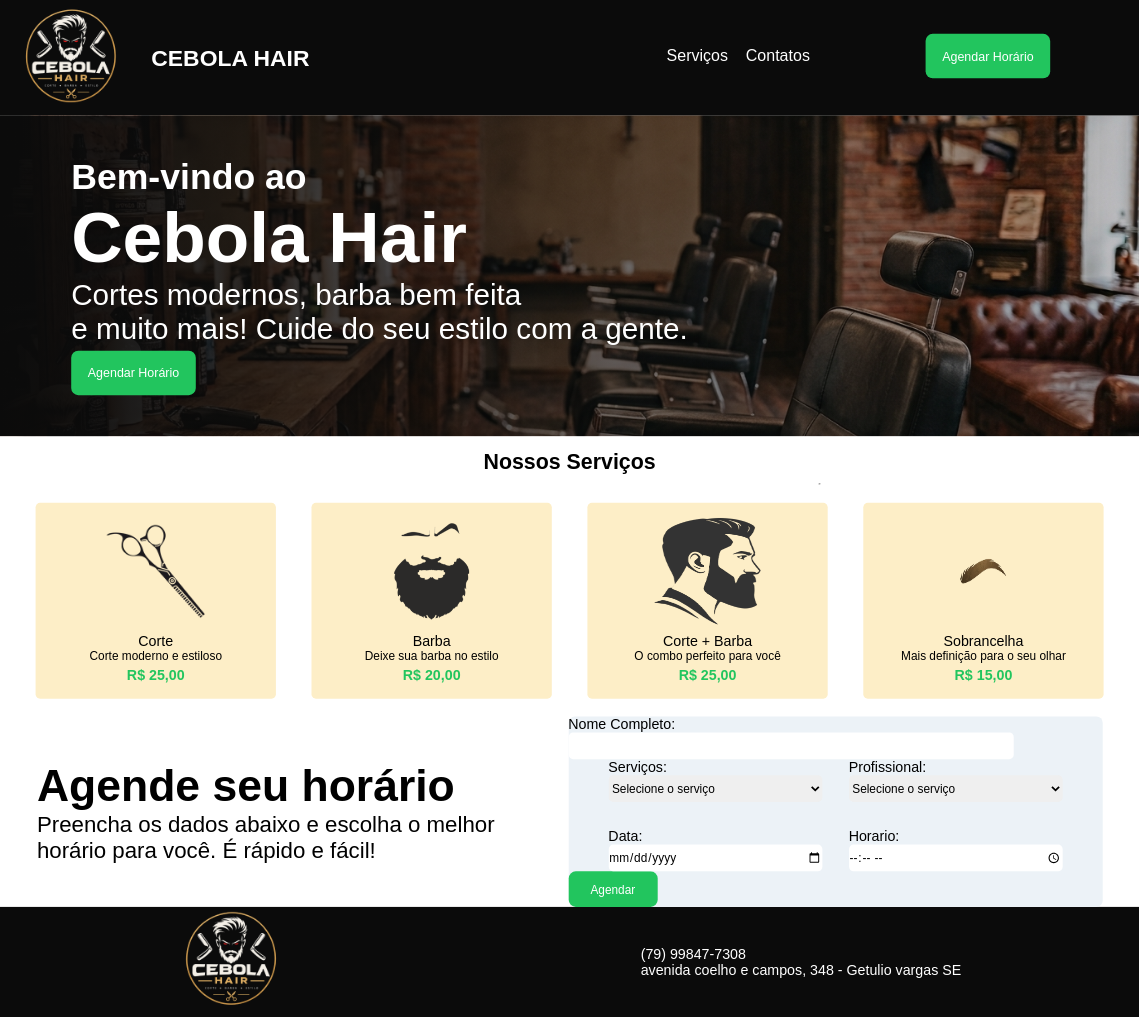
Repository: antonymsantana-design/final.activitie1
Page: index.html
An editor plug-in stored every save of this project. The page is shown before and after the next save, followed by the edit.
The browser window is 1280 px wide. The pictures show the whole page, at 89% of full size.

Above is the page before, as saved 2026-09-15 20:03:19.

### index.html
<!doctype html>
<html lang="pt-br">
  <head>
    <meta charset="UTF-8" />
    <meta name="viewport" content="width=device-width, initial-scale=1.0" />
    <title>Cebola Hair</title>
    <link rel="stylesheet" href="style.css" />
    <script src="../final.activitie1/script.js" defer></script>
  </head>
  <header>
    <div class="conteudoH" id="conteudoH">
      <div class="imagem" id="imagem">
        <img
          src="image/logoC.png"
          alt="logo"
          class="logoIMG"
          id="logoIMG"
        />
        <h3 class="logoH">CEBOLA HAIR</h3>
      </div>
      <div class="direitaH">
        <div class="links" id="links">
          <a href="#" class="aLinks">Serviços</a>
          <a href="#" class="aLinks">Contatos</a>
        </div>
        <div class="btnDiv" id="btnDiv">
          <button class="btn" id="btn">
            <div class="btnTxt" id="btnTxt">
              <p>Agendar Horário</p>
            </div>
          </button>
        </div>
      </div>
    </div>
  </header>

  <body>
    <div class="conteudo">
      <div class="texto">
        <h4>Bem-vindo ao</h4>
        <h1>Cebola Hair</h1>
        <small
          >Cortes modernos, barba bem feita <br />
          e muito mais! Cuide do seu estilo com a gente.</small
        >
        <button class="btn" id="btn">
          <div class="btnTxt" id="btnTxt">
            <p>Agendar Horário</p>
          </div>
        </button>
      </div>
    </div>

    <h2 class="Our">Nossos Serviços</h2>
    <hr />

    <div class="cards">
      <div class="card">
        <img src="image/corte.webp" alt="tisora" class="icone" />
        <p>Corte</p>
        <small>Corte moderno e estiloso</small>
        <h4>R$ 25,00</h4>
      </div>
      <div class="card">
        <img src="image/barba(png).png" alt="tisora" class="icone" />
        <p>Barba</p>
        <small>Deixe sua barba no estilo</small>
        <h4>R$ 20,00</h4>
      </div>
      <div class="card">
        <img src="image/barba+corte(png).png" alt="tisora" class="icone" />
        <p>Corte + Barba</p>
        <small>O combo perfeito para você</small>
        <h4>R$ 25,00</h4>
      </div>
      <div class="card">
        <img
          src="image/Design sem nome.png"
          alt="tisora"
          class="icone"
        />
        <p>Sobrancelha</p>
        <small>Mais definição para o seu olhar</small>
        <h4>R$ 15,00</h4>
      </div>
    </div>

    <div class="agendar" id="agendar">
      <div class="esq">
        <h1>Agende seu horário</h1>
        <p>
          Preencha os dados abaixo e escolha o melhor <br />
          horário para você. É rápido e fácil!
        </p>
      </div>

      <div class="form">
        <div class="formCima">
        <label for="nome">Nome Completo:</label><br/>
        <input type="text" name="nome" id="nome" class="forms"/><br/>

         <div class="quadrado">
        <div class="1">
          <label for="serv">Serviços:</label>
          <select name="serv" id="serv" class="formu">
            <option value="">Selecione o serviço</option>
            <option value="corte">Corte</option>
            <option value="barba">Barba</option>
            <option value="cort+barba">Corte + Barba</option>
            <option value="sobrancelha">Sobrancelha</option>
          </select>
          </div>

          <div class="2">
            <label for="prof">Profissional:</label>
            <select name="prof" id="prof" class="formu">
              <option value="">Selecione o serviço</option>
              <option value="cebola">Cebola</option>
            </select>
            </div>
            <div class="3">
              <label for="data">Data:</label> <br>
              <input type="date" name="data" id="data" class="formu"/>
            </div>
            <div class="4">
              <label for="hora">Horario:</label> <br>
              <input type="time" name="hora" id="hora" class="formu"/>
            </div>
          </div>
           <button type="button" class="agendarbtn">Agendar</button>
          </div>
      </div>
    </div>
  </body>
  <footer>
    <div class="direita">
      <img
        src="image/logoC.png"
        alt="logo"
        class="logoIMG"
        id="logoIMG"
      />
    </div>

    <div class="esquerda">
      <p>(79) 99847-7308</p>
      <p>avenida coelho e campos, 348 - Getulio vargas SE</p>
    </div>
  </footer>
</html>

### style.css
* {
    padding: 0px;
    margin: 0px;
    font-family: Arial, Helvetica, sans-serif;
}

header {
    background-color: #0B0B0B;
    height: 130px;
}

small {
    padding-bottom: 5px;
}

.conteudoH {
    display: flex;
    justify-content: space-between;
    padding-right: 100px;
    align-items: center;
}

.imagem {
    margin-left: 20px;
    margin-top: 5px;
    display: flex;
    justify-content: center;
    align-items: center;
    gap: 30px;
    font-weight: 600;
    font-size: 22px;
}

.logoIMG {
    width: 120px;
    height: 120px;
    cursor: pointer;
}

.logoH {
    color: white;

}

.links {
    display: flex;
    gap: 20px;
    justify-content: center;
    padding-right: 130px;
    font-size: 18px;
}

.links a {
    text-decoration: none;
    color: white;
    transition: 0.5s ease;
}

.aLinks:hover {
    transform: translateY(-5px);
    box-shadow: 0 4px 10px rgba(0, 0, 0, 0.15);
    background-color: #F0C56A;
    color: #F5F5F5;
    border-radius: 5px;
    width: 120px;
    height: 30px;
    display: flex;
    justify-content: center;
    align-items: center;
}

.btnDiv {
    display: flex;
}

.btn {
    display: flex;
    justify-content: center;
    width: 140px;
    height: 50px;
    background-color: #22C55E;
    border: none;
    color: white;
    align-items: center;
    border-radius: 8px;
    transition: 0.3s ease;
    cursor: pointer;
    font-size: 14px;
}

.btn:hover {
    transform: translateY(-5px);
    box-shadow: 0 8px 15px rgba(0, 0, 0, 0.4);
}

.direitaH {
    display: flex;
    justify-content: center;
    align-items: center;
}

.conteudo {
    background-image: url(image/Gemini_Generated_Image_hbetqjhbetqjhbet.jpg);
    background-repeat: no-repeat;
    background-size: cover;
    background-position: center;
    height: 50vh;
    color: white;
}

.texto {
    padding-left: 80px;
    font-size: 40px;
    display: flex;
    flex-direction: column;
    justify-content: center;
    height: 50vh;
    background: linear-gradient(to right, #0B0B0B, #15151531);

}

.card {
    background-color: #FDEEC7;
    width: 270px;
    height: 220px;
    display: flex;
    flex-direction: column;
    justify-content: center;
    align-items: center;
    border-radius: 5px;
}

.cards {
    display: flex;
    justify-content: center;
    gap: 40px;
    padding-top: 20px;
    padding-bottom: 20px;
}

.card h4 {
    color: #22C55E;
}

.icone {
    width: 120px;
    height: 120px;
    padding-bottom: 10px;
}

.Our {
    padding-top: 15px;
    text-align: center;
    padding-bottom: 10px;
}

hr {
    color: #22C55E;
    text-align: center;
    margin-left: 920px;
    margin-right: 920px;
}

.agendar{
    display: flex;
    justify-content: space-around;
    align-items: center;
}

.form{
    background-color: #ECF2F7;
    width: 600px;
    border-radius: 7px;
    display: flex;
    justify-content: center;
    flex-direction: column;
}
.quadrado{
    display: grid;
    justify-content: center;
    grid-template-columns: repeat(2, 200px);
    gap: 30px;
    column-gap: 70px;
    margin-right: 40px;
}

.esq {
    font-size: 25px;
}

footer{
    display: flex;
    justify-content: space-around;
    align-items: center;
    background-color: #0B0B0B;
    color: white;
}

.formu{
    width: 240px;
    height: 30px;
    border-radius: 5px;
    border: none;
}

.forms{
    width: 500px;
    height: 30px;
    border-radius: 5px;
    border: none;
}

.agendarbtn{
    display: flex;
    justify-content: center;
    align-items: center;
    width: 100px;
    height: 40px;
    background-color: #22C55E;
    border: none;
    color: white;
    border-radius: 8px;
    transition: 0.3s ease;
    cursor: pointer;
}

.agendarbtn:hover {
    transform: translateY(-5px);
}

Loaded but not shown: script.js (no copy from this time; the picture is the same without it)

After the next save:
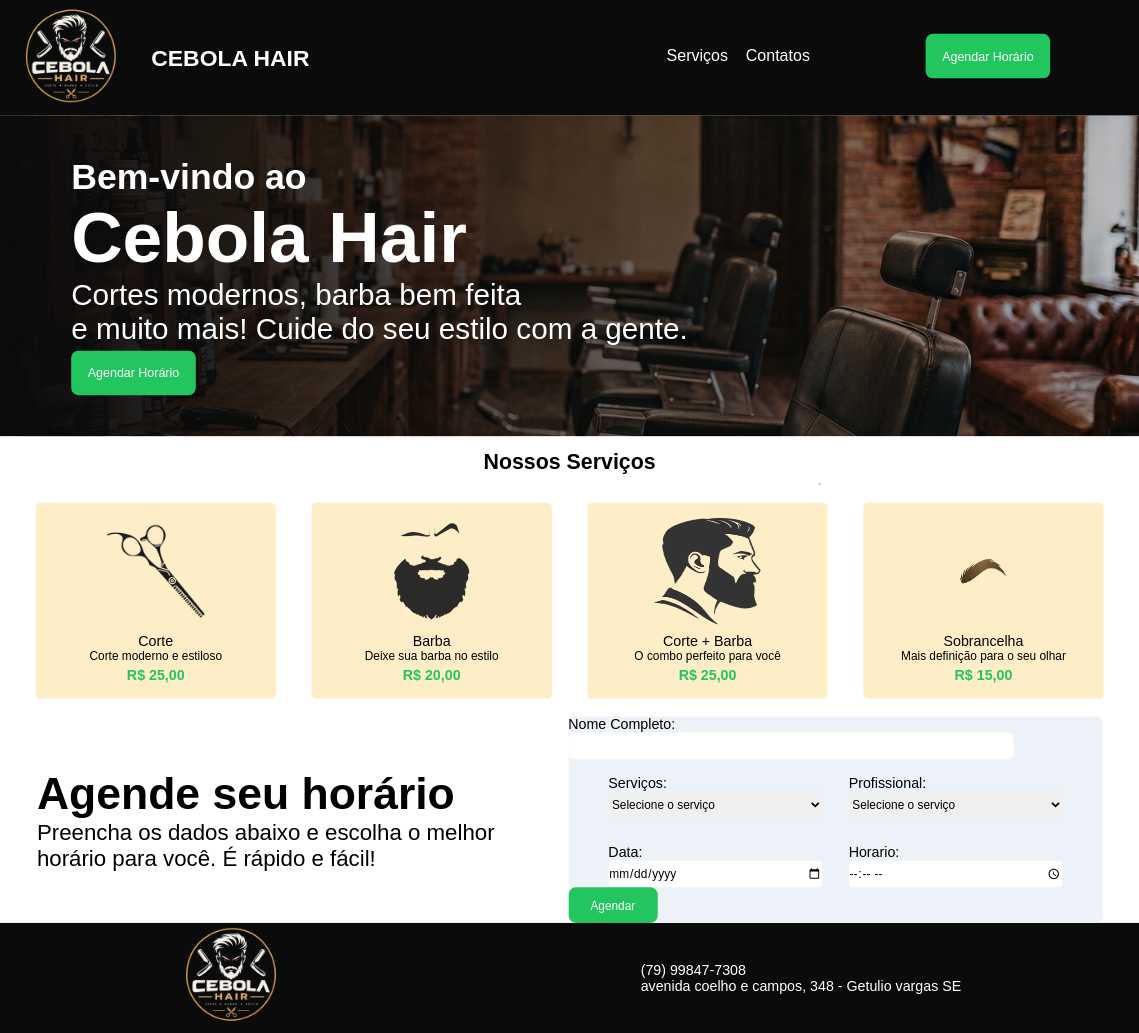
Saved 4 s later.
--- a/index.html
+++ b/index.html
@@ -97,7 +97,8 @@
       <div class="form">
         <div class="formCima">
         <label for="nome">Nome Completo:</label><br/>
-        <input type="text" name="nome" id="nome" class="forms"/><br/>
+        <input type="text" name="nome" id="nome" class="forms"/>
+        </div><br/>
 
          <div class="quadrado">
         <div class="1">
